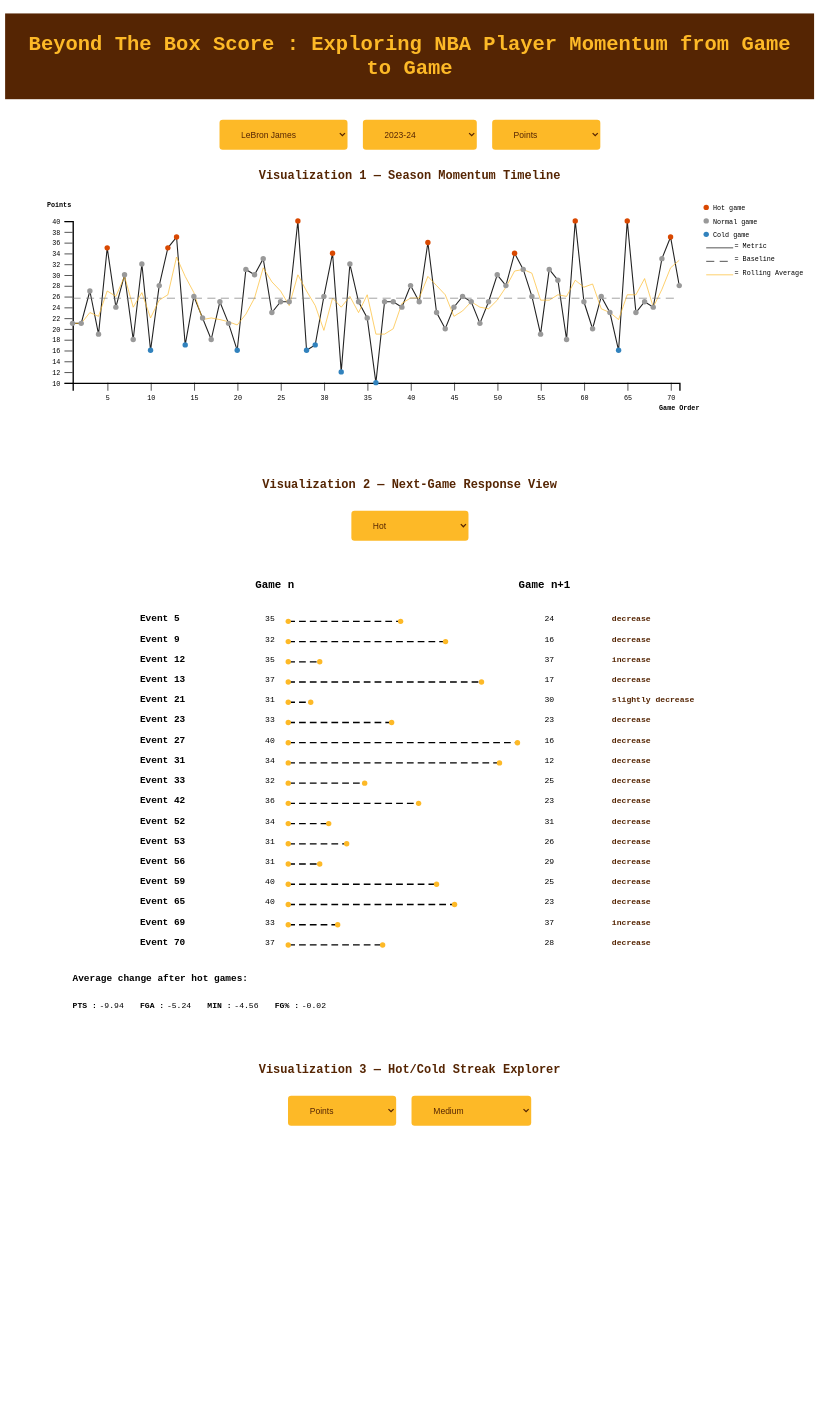
Repository: houdafatih/Data-Viz-Project
Page: index.html
An editor plug-in stored every save of this project. The page is shown before and after the next save, followed by the edit.
The browser window is 1280 px wide. The pictures show the whole page, at 64% of full size.

Above is the page before, as saved 2026-06-19 10:49:45.

After the next save:
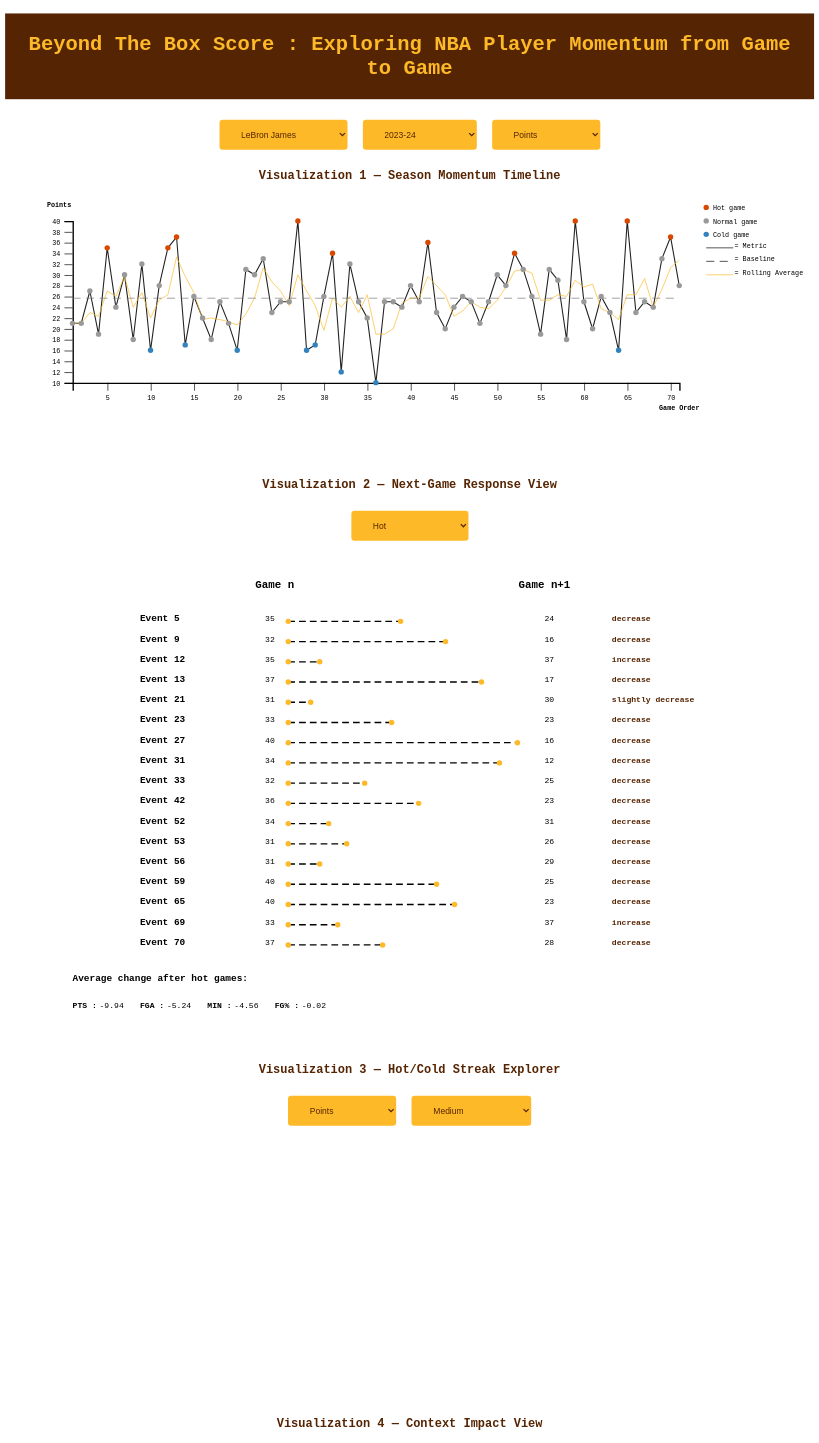
Saved 29 s later.
--- a/index.html
+++ b/index.html
@@ -59,13 +59,11 @@
             <option value="strict">Strict</option>
         </select>
      </div>
+     <div id="vizual3"></div>
 
 
-     <div id="vizual3"></div>
-
-     <!-----<h3>Visualization 4 — Context Impact View</h3>
-
-     <div id="vizual4"></div> ---->
+     <h3>Visualization 4 — Context Impact View</h3>
+     <div id="vizual4"></div>
 
   </body>
   <script src="https://d3js.org/d3.v7.min.js"></script>
